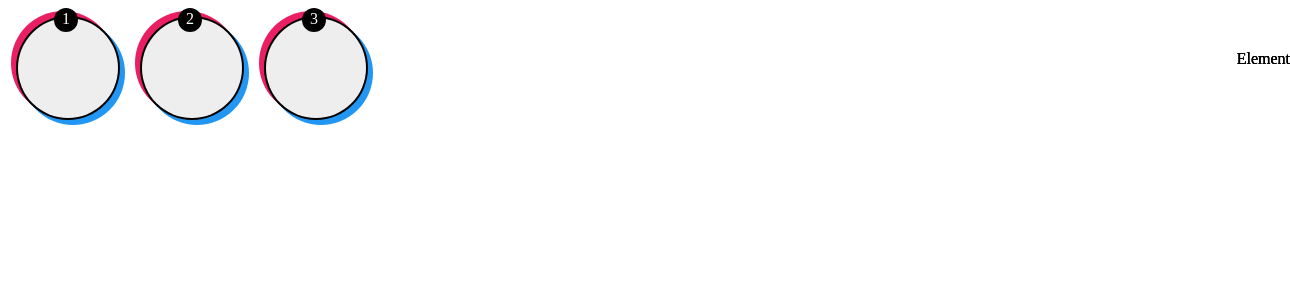
Repository: Body789/CSS_ELZERO
Page: Assignments/Assigmennt_10/Assignment_1/index.html
An editor plug-in stored every save of this project. The page is shown before and after the next save, followed by the edit.
The browser window is 1280 px wide. The page is 1290 px wide, then 1280 px, so the pictures cover 1290 px, including what lies to the right of the window. The pictures show the whole page.

Above is the page before, as saved 2022-09-18 12:28:53.

After the next save:
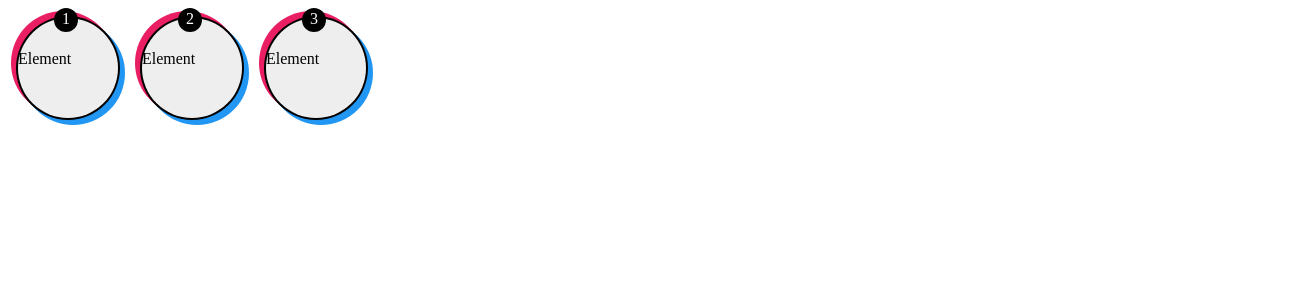
Saved 35 s later.
--- a/Assignments/Assigmennt_10/Assignment_1/Css/style.css
+++ b/Assignments/Assigmennt_10/Assignment_1/Css/style.css
@@ -40,5 +40,4 @@ div::before {
   display: inline-block;
   position: absolute;
   top: 50px;
-right: -10px;
 }
